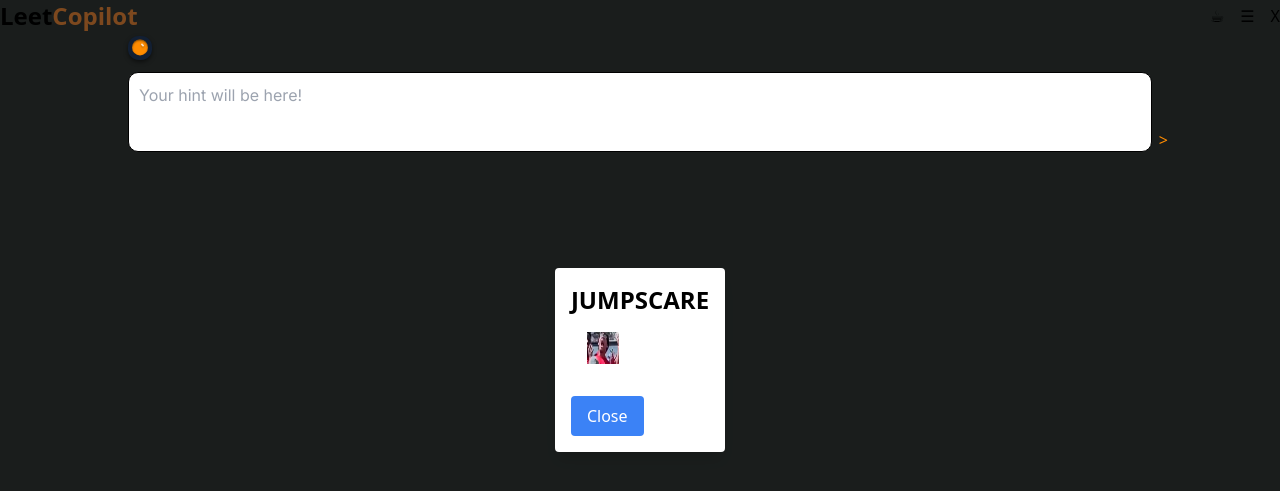
Repository: LeetCopilot/LeetCopilot
Page: / (app in frontend/), after clicking the first element matching `div.flex > :nth-child(3)`
The author's editor kept a copy of each file at every save. The page is drawn from the files as they stood at one save, then again after the next save.
The browser window is 1280 px wide. The pictures show the whole page.
The project was rebuilt for these pictures with package versions that can differ from the ones it lists, and the page was loaded fresh each time. Also part of the build but not shown: frontend/vite.config.js.

Above is the page before, as saved 2023-09-01 13:50:28.

After the next save:
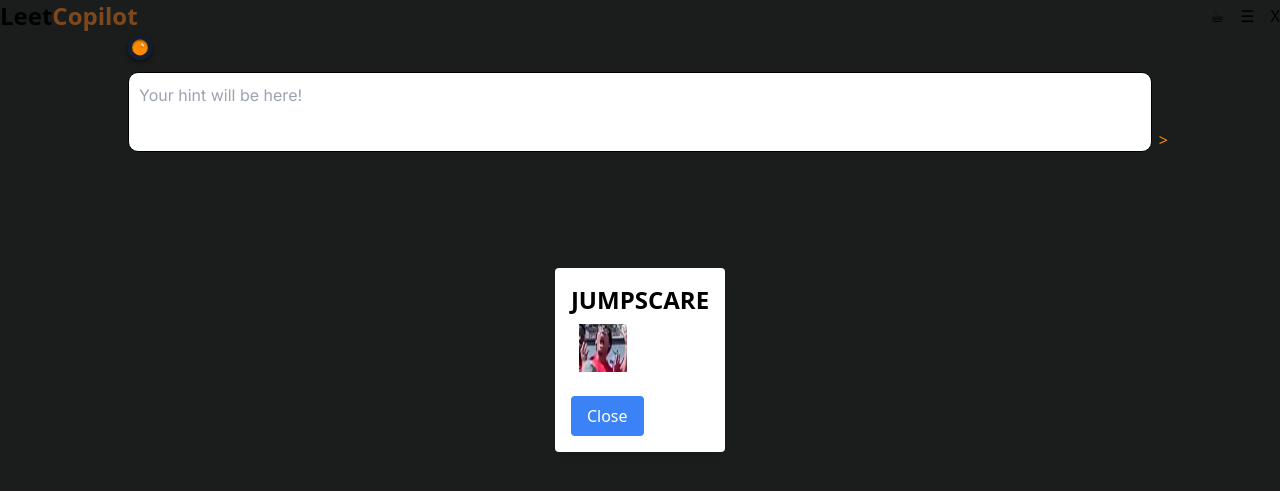
Saved 12 s later.
--- a/frontend/src/components/Popup.tsx
+++ b/frontend/src/components/Popup.tsx
@@ -10,7 +10,7 @@ const Popup: React.FC<PopupProps> = ({ onClose }) => {
     <div className="fixed left-0 top-0 flex h-full w-full items-center justify-center bg-black bg-opacity-50">
       <div className="rounded bg-white p-4 shadow-lg">
         <span className="mb-4 text-2xl font-bold">JUMPSCARE</span>
-        <img src="ridha.jpg" alt="Ridha" className="h-16 w-16 p-4" />
+        <img src="ridha.jpg" alt="Ridha" className="h-16 w-16 p-2" />
         <button
           onClick={onClose}
           className="mt-4 rounded bg-blue-500 px-4 py-2 text-white transition duration-200 hover:bg-blue-600"
